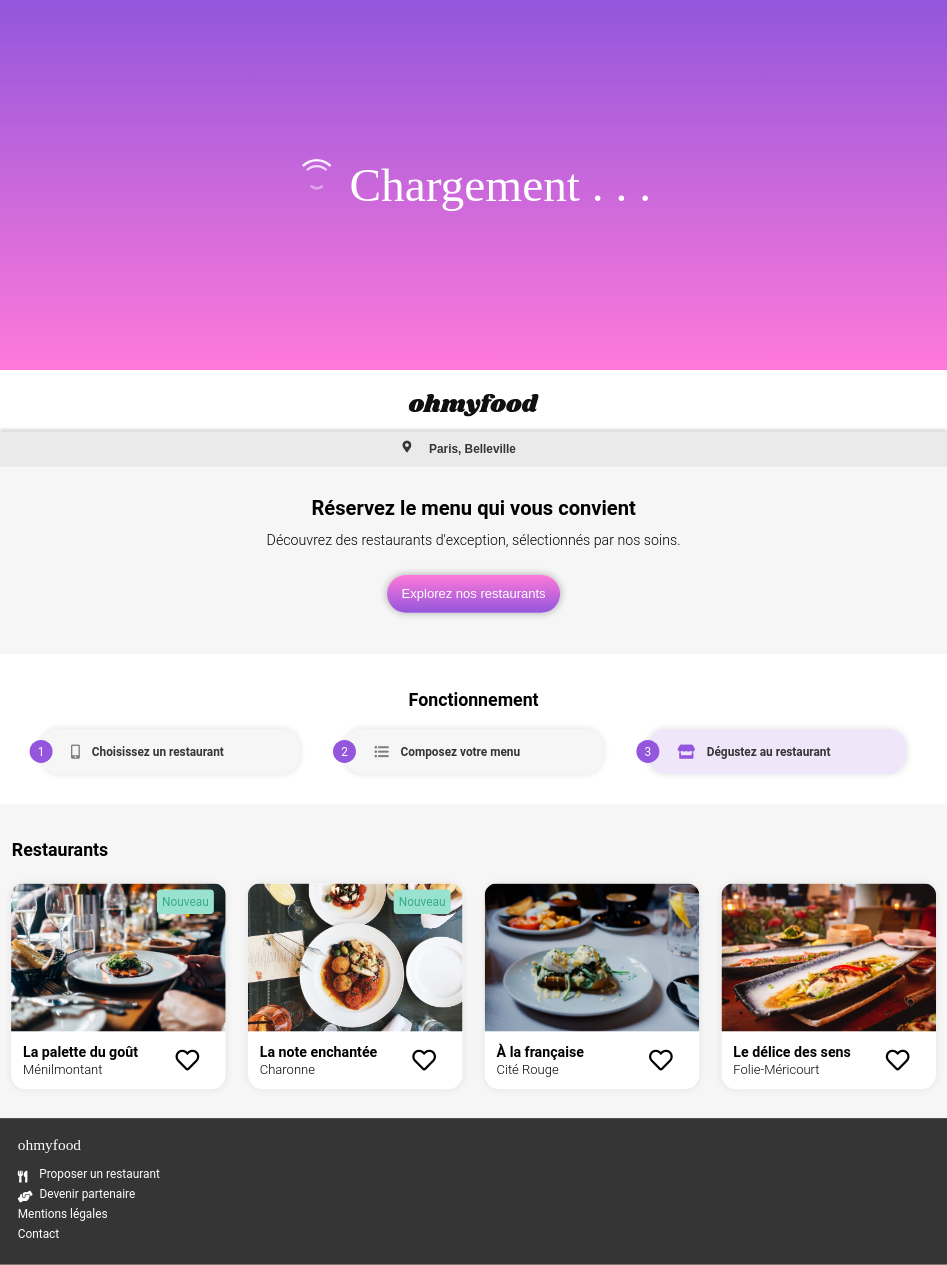
Repository: AlexisTisserand/AlexisTisserand_3_24112020
Page: index.html
These files come from the project's save history. The page is drawn as it stood at one moment and after the next save; the edit follows.
The browser window is 1280 px wide. The pictures show the whole page, at 74% of full size.
Some web libraries are served in a nearby version. The style sheet was rebuilt from its Sass, Less or Tailwind sources for each picture, by a compiler version that may differ from the author's.

Above is the page before, as saved 2020-12-09 15:54:03.

### index.html
<!DOCTYPE html>
<html lang="fr">

<head>
    <meta charset="UTF-8"/>
    <meta name="viewport" content="width=device-width, initial-scale=1">
    <meta name="descritpion" content="Site internet ohmyfood, composez votre menu et réservez dans les meilleurs restaurants de Paris.">
    <meta name="author" content="Alexis Tisserand">
    <link rel="stylesheet" href="https://use.fontawesome.com/releases/v5.4.1/css/all.css" integrity="sha384-5sAR7xN1Nv6T6+dT2mhtzEpVJvfS3NScPQTrOxhwjIuvcA67KV2R5Jz6kr4abQsz" crossorigin="anonymous">
    <link rel="stylesheet" href="style.css"/>
    <title>ohmyfood - Accueil</title>
</head>

<!--bloc_page-->
<body>

<!--LOADING SPINNER-->
<section class="section section">
    <span class="loader loader-circles"></span>
    Chargement . . .
</section>



<div id="bloc-page">

<!--HEADER-->

<header>

    <div class="logo">
        <img src="images/logo/ohmyfood@2x.svg" alt="Logo ohmyfood"/>
    </div>
    <div class="search-bar">
        <div class="search-bar-button"><i class="fas fa-map-marker-alt"></i></div>
        <input type="search" class="search-bar-text-input" placeholder="Saisissez votre ville" value="Paris, Belleville">
    </div>
</header>

<section id="description-ohmyfood">
    <h2>Réservez le menu qui vous convient</h2>
    <h3>Découvrez des restaurants d'exception, sélectionnés par nos soins.</h3>
    <button class="description-ohmyfood-explorer" type="button">Explorez nos restaurants</button>
</section>

<section id="fonctionnement">
    <h2>Fonctionnement</h2>
    <nav>
        <ul class="fonctionnement-nav">
            <li class="fonctionnement-nav-etape ">
                <span>1</span>
                <i class="fas fa-mobile-alt"></i>
                <h4>Choisissez un restaurant</h4>
            </li>
            <li class="fonctionnement-nav-etape ">
                <span>2</span>
                <i class="fas fa-list-ul"></i>
                <h4>Composez votre menu</h4>
            </li>
            <li class="fonctionnement-nav-etape active">
                <span>3</span>
                <i class="fas fa-store"></i>
                <h4>Dégustez au restaurant</h4>
            </li>
        </ul>
    </nav>
</section>

<section id="restaurants">

        <h2>Restaurants</h2>

        <a href="menu-la-palette-du-gout.html" class="card-restaurant">
            <img class="card-restaurant-img" src="images/restaurants/la_palette_du_gout-min.jpg" alt="La Palette du Goût"/>
            <div class="card-restaurant-nouveau">Nouveau</div>
            <div class="card-restaurant-legende">
                <div class="card-restaurant-legende-text">
                    <h4>La palette du goût</h4>
                    <h5>Ménilmontant</h5>
                </div>
                <div class="card-restaurant-legende-heart">
                    <span class="fa-stack">
                        <i class="far fa-heart fa-stack-2x"></i>
                    </span>
                </div>
            </div>
        </a>

        <a href="menu-la-note-enchantee.html" class="card-restaurant">
            <img class="card-restaurant-img" src="images/restaurants/la_note_enchantee-min.jpg" alt="La Note Enchantée"/>
            <div class="card-restaurant-nouveau">Nouveau</div>
            <div class="card-restaurant-legende">
                <div class="card-restaurant-legende-text">
                    <h4>La note enchantée</h4>
                    <h5>Charonne</h5>
                </div>
                <div class="card-restaurant-legende-heart">
                    <span class="fa-stack">
                        <i class="far fa-heart fa-stack-2x"></i>
                    </span>
                </div>
            </div>
        </a>

        <a href="menu-a-la-francaise.html" class="card-restaurant">
            <img class="card-restaurant-img" src="images/restaurants/a_la_française-min.jpg" alt="À La Française"/>
            <div class="card-restaurant-legende">
                <div class="card-restaurant-legende-text">
                    <h4>À la française</h4>
                    <h5>Cité Rouge</h5>
                </div>
                <div class="card-restaurant-legende-heart">
                    <span class="fa-stack">
                        <i class="far fa-heart fa-stack-2x"></i>
                    </span>
                </div>
            </div>
        </a>

        <a href="menu-le-delice-des-sens.html" class="card-restaurant">
            <img class="card-restaurant-img" src="images/restaurants/le_delice_des_sens-min.jpg" alt="Le Délice Des Sens"/>
            <div class="card-restaurant-legende">
                <div class="card-restaurant-legende-text">
                    <h4>Le délice des sens</h4>
                    <h5>Folie-Méricourt</h5>
                </div>
                <div class="card-restaurant-legende-heart">
                    <span class="fa-stack">
                        <i class="far fa-heart fa-stack-2x"></i>
                    </span>
                </div>
            </div>
        </a>
</section>

</div>

<footer>
    <h2>ohmyfood</h2>
    <div class="footer-img-text">
        <i class="fas fa-utensils"></i>
        <a href="#"><h3>Proposer un restaurant</h3></a>
    </div>
    <div class="footer-img-text">
        <i class="fas fa-hands-helping"></i>
        <a href="#"><h3>Devenir partenaire</h3></a>
    </div>
    <a href="#"><h3>Mentions légales</h3></a>
    <a href="mailto:ohmyfood@outlook.com"><h3>Contact</h3></a>
</footer>


</body>
</html>

### sass/style.scss
/*COULEURS VARIABLES*/
$primary: #9356DC;
$secondary: #FF79DA;
$tertiary: #99E2D0;
$color-text: #353535;
$color-background: #f6f6f6;
$color-box-shadow :#e5e5e5;

/*VARIABLES TAILLE ET FONT FAMILY*/
$font-family: 'roboto', 'Raleway', 'Trebuchet MS', 'Lucida Sans Unicode', 'Lucida Grande', 'Lucida Sans', Arial, sans-serif;;
$size: 1rem;

/*Extensions*/
.box-shadow{
    box-shadow: 0px 0px 8px 1px $color-box-shadow;
    color: $color-text;
    border: none;
    border-radius: 25px;
    width: 350px;
    background-color: $color-background;
}

.margin-plats{
    margin: 0.5rem 0 0rem 0.9rem;
}

.cercle{
    background-color: $primary;
    color: white;
    padding: 8px;
    border-radius: 50px;
    margin-right: 25px;
    margin-left: -15px;
    width: 15px;
    height: 15px;
    text-align: center;
    align-content: center;
    font-size: $size;
    line-height: 15px;
    font-weight: light;
}

/*Loading spinner*/
.section{
    background: linear-gradient($primary, $secondary);
    height: 500px;
    line-height: 500px;
    text-align: center;
    color: white;
    font-size: 4rem;
    font-family: 'Shrikhand';
}
/*Loader simple*/
.loader{
    width: 50px;
    height: 50px;
    display: inline-block;
    position: relative;
}

/*loader cercle*/
.loader{
    &-circles{
        border-radius: 50px;
        border: 3px solid transparent;
        border-top-color: white ;
        animation: spin 1s linear infinite;
        -webkit-animation: spin 1s linear infinite;
        &:after{
            content: '';
            position: absolute;
            top: 5px ;
            left: 5px;
            bottom: 5px;
            right: 5px;
            border: 3px solid transparent;
            border-radius: 50px;
            border-top-color: white;
            opacity: 0.8;
            animation: spin 5s linear infinite;
            -webkit-animation: spin 5s linear infinite;
        }
        &:before{
            content: '';
            position: absolute;
            top: 12px ;
            left: 12px;
            bottom: 12px;
            right: 12px;
            border: 3px solid transparent;
            border-radius: 50px;
            border-top-color: white;
            opacity: 0.5;
            animation: spin 10s linear infinite;
            -webkit-animation: spin 10s linear infinite;
        }
    }
}

/*KEYFRAMES*/

@keyframes spin{
    from{
        transform: rotate(0deg);
    }
    to{
        transform: rotate(360deg);;
    }
}

@keyframes fadein{
    from{
        opacity: 0.4;
    }
    to{
        opacity: 1;
    }
}

body{
    background-color: white;
    font-family: $font-family;
    margin: auto;
}

a{
    text-decoration: none;
    color: black;
}

#bloc-page{
    width: 100%;
    margin: auto;
    max-width: 2000px;
    min-width: 100px;
}

/*HEADER*/

header{
    text-align: center;
    .logo{
        margin-top: $size + 1rem;
        img{
            width: $size + 10rem;
        }
    }
}

.search-bar{
    display: flex;
    background-color: #EAEAEA;
    box-shadow: 0px -2px 5px 0px #CFCFCF;
    height: $size + 2rem;
    margin-top: 1rem;
    align-items: center;
    justify-content: center;
    .fas{
        font-size: $size;
        margin-bottom: 1rem;
    }
    .search-bar-button{
        color: $color-text;
        font-size: $size + 0.5rem;
    }
    .search-bar-text-input{
        outline: none;
        padding: 0;
        background-color: #EAEAEA;
        border: none;
        color: $color-text;
        font-size: $size;
        font-weight: bold;
        text-align: center;
        width: 180px;
    }
}

/*SECTION DESCRIPTION*/

#description-ohmyfood{
    display: flex;
    flex-direction: column;
    background-color: $color-background;
    align-items: center;
    text-align: center;
    h2{
        font-size: $size + 0.7rem ;
        padding: $size;
        margin-bottom: 0;
        margin-top: $size + 0.5rem;
    }
    h3{
        font-size: $size + 0.2rem ;
        font-weight: 300;
        margin-top: 0;
        padding: $size - 0.5rem, $size + 1rem ;
    }
    button{
        font-size: $size + 0.1rem;
        margin-top: $size;
        font-weight: normal;
        color: white;
        background: linear-gradient($secondary, $primary);
        position: relative;
        border: none;
        box-shadow: 0px 0px 10px 1px #b6b3b3;
        border-radius: 40px;
        padding: 15px 20px;
        margin-bottom: $size + 2.5rem;
        transition: transform ease-in-out 500ms, opacity ease-in-out 500ms, box-shadow ease-in-out 500ms ;
        &:hover{
            opacity: 0.7;
            box-shadow: 0px 0px 7px 3px #484B4C;
            transform: scale(1.1);
            cursor: pointer;

        }
        &:active{
            border-style: none;
        }
        &:focus{
            outline:none;
        }
    }
}

/*FONCTIONNEMENT*/

#fonctionnement{
    display: flex;
    align-items: center;
    flex-direction: column;
    background-color: white;
    h2{
        margin: 3*$size $size $size;
    }
    ul{
        padding: 10px;
        margin-top: - $size;
    }
}

.fonctionnement-nav{
    display: flex;
    flex-wrap: wrap;
    justify-content: space-around;
    &-etape{
        display: flex;
        flex-direction: row;
        align-items: center;
        margin: 15px 30px ;
        transition: background-color ease-in-out 200ms, box-shadow ease-in-out 200ms, transform ease-in-out 200ms;
        @extend .box-shadow;
        &:hover{
        background-color: rgba($color:$primary, $alpha: 0.15);
        transform: scale(1.01);
        cursor: pointer;
        &:hover .fas{
        color: $primary;
        }
    }
    span{
        @extend .cercle;
    }
    .fas{
        margin-right: 15px;
        color: #7e7e7e;
        font-size: $size + 0.2rem;
        margin-right: $size;
        }
    }
    &-etape.active{
        background-color: rgba($color:$primary, $alpha: 0.15);
        .fas{
            color: $primary;
        }
    }
}

/*RESTAURANTS*/

#restaurants{
    display: flex;
    flex-direction: column;
    background-color: $color-background;
    padding-bottom: $size + 0.5rem;
    h2{
        margin: 3*$size $size $size;
    }
}

.card-restaurant{
    display: flex;
    position: relative;
    z-index: 1;
    flex-direction: column;
    background-color: white;
    border-radius: 20px;
    box-shadow: 0px 0px 8px 1px $color-box-shadow;
    margin: 15px;
    box-sizing: border-box;
    transition: ease-in-out 200ms;
    &:hover{
        transform: scale(1.01);
    }
    img{
    height: 200px;
    position: relative;
    z-index: 1;
    object-fit: cover;
    width: 100%;
    border-radius: 1rem 1rem 0 0;
    }
    &-nouveau{
        background-color: $tertiary;
        color: #39a98e;
        position: absolute;
        top: 8px;
        right: 16px;
        padding: 7px;
        border-radius: 5px;
        z-index: 2;
    }
    &-legende{
        display: flex;
        flex-direction: row;
        justify-content: space-between;
        &-text{
            display: flex;
            flex-direction: column;
            margin-left: $size;
            h4{
                font-size: $size + 0.2rem;
                margin-top: $size;
                margin-bottom: 0;
            }
            h5{
                margin-top: 0.2 * $size;
                margin-bottom: $size;
                font-weight: 300;
                font-size: $size + 0.1rem;
            }
        }
        &-heart{
            align-self: center;
            margin-right: 2 * $size;
            .far{
                &:hover{
                font-weight: 900;
                background:-moz-linear-gradient(top, $primary 0%, $secondary 100%);
                background: -webkit-linear-gradient(top, $primary 0%, $secondary 100%);
                background: linear-gradient(to bottom, $primary 0%, $secondary 100%);
                -webkit-background-clip: text;
                -moz-background-clip: text;
                background-clip: text;
                -webkit-text-fill-color: transparent;
                transition: font-weight ease-in-out 0s ;
                animation: fadein 900ms;
                background-position: 0 100%;
                cursor: pointer;
                }
            }
        }
    }
}

/*FOOTER*/

footer{
    padding: $size + 0.5rem;
    background-color: $color-text;
    color: white;
    h2{
        font-family: 'Shrikhand';
        font-weight: normal;
        font-size: $size + 0.3rem;
        margin-top: 0;
    }
    h3{
        margin: 0;
        font-weight: 400;
        margin-bottom: 0.5 * $size;
        font-size: initial;
    }
    .footer-img-text{
        display: flex;
        flex-direction: row;
        align-items: center;
        .fas{
            margin-right: $size;
            &.fa-hands-helping{
                margin-right: 0.58* $size;
            }
        }
    }
    a{
        color: white;
    }
}

/*********************************************************/
/*MEDIA QUERIES ACCUEIL*/
/*********************************************************/

/*LARGE DEVICES*/
@media screen and (min-width: 1268px){

    #restaurants{
        display: grid;
        grid-template-columns: repeat(4, 1fr);
        grid-template-rows: auto auto auto ;
        margin-bottom: 0px;
    }   h2{
        grid-column: 1/-1;
    }
}

/*MEDIUM DEVICES*/
@media screen and (max-width: 1267px){

    .fonctionnement-nav{
        justify-content: center;
        &-etape{
            width: 100%;
        }
    }

    #restaurants{
        display: grid;
        grid-template-columns: repeat(2, 1fr);
        grid-template-rows: auto auto auto ;
        h2{
            grid-column: 1/-1;
        }
    }
}

/*SMALL DEVICES*/
@media screen and (max-width: 660px){
    .fonctionnement-nav-etape{
        width: 100%;
    }

    #restaurants{
        display: grid;
        grid-template-columns: 1fr;
        grid-template-rows: auto auto auto ;
        h2{
            grid-column: 1/-1;
        }
    }
}

/*********************************************************/
/*MENU*/
/*********************************************************/

header{
    a{
        position: absolute;
        left: $size;
        color: $color-text;
        font-size: $size + 0.3rem;
        transition: opacity 0.5s;

        &:hover{
            opacity: 0.5;
        }
    }
}

.restaurant-img{
    img{
        object-fit: cover;
        width: 100%;
        height: 300px;
        margin-top: $size;
        position: relative;
        z-index: 0;
    }
}

.restaurant-menu{
    background-color: $color-background;
    border-radius: 50px 50px 0 0;
    margin-top: - 3rem;
    position: relative;
    display: flex;
    z-index: 1;
    flex-direction: column;
    width: 100%;
    &--titre{
        display: flex;
        flex-direction: row;
        justify-content: center;
        align-items: center;
        margin-top: $size;
        h2{
            font-family: 'Shrikhand';
            font-size: $size + 1rem;
            margin-right: $size + 0.5rem;
            margin-left: $size;
        }
    }
    &-carte{
        display: flex;
        flex-direction: row;
        flex-wrap: wrap;
    }
    h3{
        font-weight: 300;
        font-size: $size + 0.1rem;
        margin-left: $size;
        border-bottom: $tertiary 3px solid;
        width: 45px;
        padding-bottom: 10px;
    }
    &--plats{
        display: grid;
        grid-template-columns: 2.3fr 0.3fr 0.3fr;
        grid-template-rows: repeat(2, 1fr);
        gap: 0px 0px;
        background-color: white;
        box-shadow: 0px 0px 8px 1px $color-box-shadow;
        color: $color-text;
        border: none;
        border-radius: 13px;
        margin: 0 $size $size $size;
        width: 100%;
        cursor: pointer;
        overflow: hidden;
        text-overflow: ellipsis;
        &:hover .fas {
            transform: rotate(360deg);
        }
        &:hover &--checkbox{
            transform: translateX(0%);
        }
        &:hover &--prix{
            margin-right: 30%;
        }
        &--name{
            grid-area: 1 / 1 / 2 / 3;
        }
        &--accompagnements{
            grid-area: 2 / 1 / 3 / 2;
            display: flex;
            flex-direction: row;
            align-content: center;
            justify-content: space-between;
            h5{
                font-weight: 300;
                margin: 0rem 0 0.5rem 0.9rem;
                font-size: 1rem;
            }
        }
        &--prix{
            grid-area: 2 / 2 / 3 / 4;
            transition: margin-right 1s;
            p{
                font-weight: bold;
                margin: 0 ;
                text-align: end;
                margin-right: $size;
            }
        }
        &--checkbox{
            background-color: $tertiary;
            grid-area: 1 / 3 / 3 / 4;
            border-radius: 0 13px 13px 0;
            text-align: center;
            transform: translateX(100%);
            transform-origin: 100% 50%;
            transition: transform 1s;

            .fas{
                font-size: xx-large;
                margin: $size;
                color: white;
                transition: transform 1s;
            }
        }
        h4{
        @extend .margin-plats;
        font-size: $size + 0.1rem;
        }
    }
    button{
        width: 200px;
        align-self: center;
        font-size: $size + 0.1rem;
        margin-top: 3 * $size;
        font-weight: normal;
        color: white;
        background: linear-gradient($secondary, $primary);
        position: relative;
        border: none;
        box-shadow: 0px 0px 10px 1px #b6b3b3;
        border-radius: 40px;
        padding: 15px 20px;
        margin-bottom: 4 * $size;
        transition: transform ease-in-out 500ms, opacity ease-in-out 500ms, box-shadow ease-in-out 500ms ;
        &:hover{
            opacity: 0.7;
            box-shadow: 0px 0px 7px 3px #484B4C;
            transform: scale(1.1);
            cursor: pointer;
        }
        &:active{
            border-style: none;
        }
        &:focus{
            outline:none;
        }
    }
}


/*********************************************************/
/*MEDIA QUERIES MENUS*/
/*********************************************************/

/*LARGE DEVICES*/
@media screen and (min-width:660px){
    .restaurant-menu--titre{
        justify-content: space-between;
    }

    .restaurant-menu--plats{
        width: 100%;
    }

}

/*MEDIUM DEVICES*/
@media screen and (max-width: 1267px){


}

/*SMALL DEVICES*/
@media screen and (max-width: 660px){


}

After the next save:
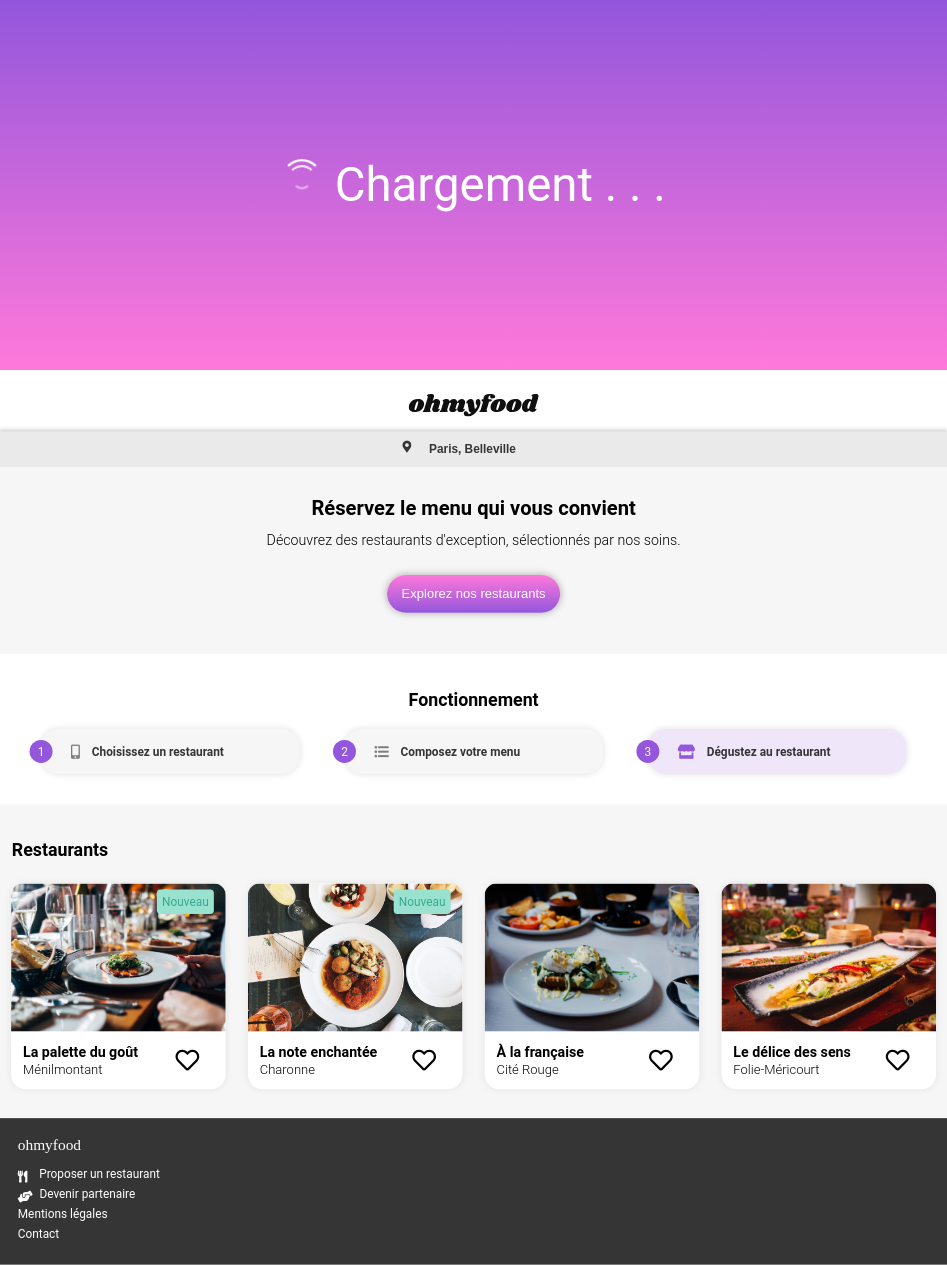
Saved 10 s later.
--- a/sass/style.scss
+++ b/sass/style.scss
@@ -48,7 +48,7 @@ $size: 1rem;
     text-align: center;
     color: white;
     font-size: 4rem;
-    font-family: 'Shrikhand';
+    font-family: 'roboto';
 }
 /*Loader simple*/
 .loader{
